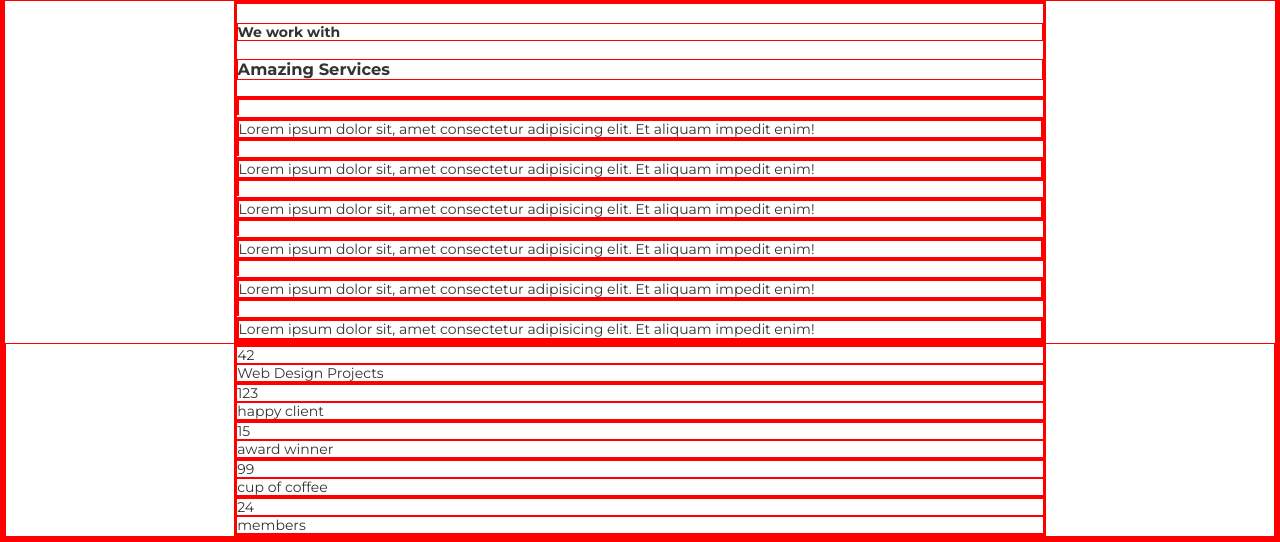
Repository: nataliiasaltan/Homework
Page: index.html
An editor plug-in stored every save of this project. The page is shown before and after the next save, followed by the edit.
The browser window is 1280 px wide. The pictures show the part of the page from y = 901 to 1443 px (the page is 1443 px tall).

Above is the page before, as saved 2020-02-27 08:05:50.

### index.html
<!DOCTYPE html>
<html lang="en">
    <head>
        <meta charset="UTF-8">
        <meta name="viewport" content="width=device-width, initial-scale=1.0">
        <link rel="stylesheet"
            href="https://necolas.github.io/normalize.css/8.0.1/normalize.css">
        <link
            href="https://fonts.googleapis.com/css?family=Kaushan+Script|Montserrat:400,700|Roboto:400,400i&display=swap"
            rel="stylesheet">
        <link rel="stylesheet" href="css/icomoon.css">
        <link rel="stylesheet" href="css/style.css">
        <title>Mogo</title>
    </head>
    <body>
        <div class="wrapper">
            <header class="header">
                <div class="container">
                    <div class="header__wrapper">
                        <strong class="logo"><a href="home.html" alt="MoGo"></a>MoGo</strong>
                        <div class="header__inner">
                            <nav class="nav">
                                <ul class="nav-list">
                                    <li><a href="#">About</a></li>
                                    <li><a href="#">service</a></li>
                                    <li><a href="#">work</a></li>
                                    <li><a href="#">blog</a></li>
                                    <li><a href="#">contact</a></li>
                                </ul>
                            </nav>
                            <div class="booking">
                                <a href="#"> <i class="icon-shopping-cart"></i></a>
                                <a href="#"> <i class="icon-search"></i></a>
                            </div>
                        </div>
                    </div>
                </div>
            </header>
            <main>
                <section class="about" style="background-image:
                    url(images/Layer_15.png);">
                    <div class="about__container">
                        <div class="about__inner">
                            <div class="creative">Creative Template</div>
                            <div class="about__title">Welcome <br> to MoGo</div>
                             </div>
                            <div class="holder-btn">
                                <a  class="about__btn" href="#">Learn more</a>

                        </div>
                    </div>
                </section>
                <section class="service">
                    <div class="container">
                        <div class="title-holder">
                        <div class="service__title">
                            <h4>We work with</h4>
                            <h3>Amazing Services</h3>
                        </div>
                    </div>
                        <div class="development__wrapper">
                            <div class="development">
                                <i class="icon-service"></i>
                                <div class="development__inner">
                                    <div class="name"></div>
                                    <div class="description">Lorem ipsum dolor
                                        sit,
                                        amet
                                        consectetur adipisicing elit. Et aliquam
                                        impedit
                                        enim!</div>
                                </div>
                            </div>
                            <div class="development">
                                <i class="icon-service"></i>
                                <div class="development__inner">
                                    <div class="name"></div>
                                    <div class="description">Lorem ipsum dolor
                                        sit,
                                        amet
                                        consectetur adipisicing elit. Et aliquam
                                        impedit
                                        enim!</div>
                                </div>
                            </div>
                            <div class="development__">
                                <i class="icon-service"></i>
                                <div class="development____inner">
                                    <div class="name"></div>
                                    <div class="description">Lorem ipsum dolor
                                        sit,
                                        amet
                                        consectetur adipisicing elit. Et aliquam
                                        impedit
                                        enim!</div>
                                </div>
                            </div>
                            <div class="development">
                                <i class="icon-service"></i>
                                <div class="development__inner">
                                    <div class="name"></div>
                                    <div class="description">Lorem ipsum dolor
                                        sit,
                                        amet
                                        consectetur adipisicing elit. Et aliquam
                                        impedit
                                        enim!</div>
                                </div>
                            </div>
                            <div class="development">
                                <i class="icon-service"></i>
                                <div class="development__inner">
                                    <div class="name"></div>
                                    <div class="description">Lorem ipsum dolor
                                        sit,
                                        amet
                                        consectetur adipisicing elit. Et aliquam
                                        impedit
                                        enim!</div>
                                </div>
                            </div>
                            <div class="development">
                                <i class="icon-service"></i>
                                <div class="development__inner">
                                    <div class="name"></div>
                                    <div class="description">Lorem ipsum dolor
                                        sit,
                                        amet
                                        consectetur adipisicing elit. Et aliquam
                                        impedit
                                        enim!</div>
                                </div>
                            </div>
                        </div>
                    </div>

                    <div class="result">
                        <div class="container">
                            <div class="result__inner">
                                <div class="namber">42</div>
                                <div class="signature">Web Design Projects</div>
                            </div>
                            <div class="result__inner">
                                <div class="namber">123</div>
                                <div class="signature">happy client</div>
                            </div>
                            <div class="result__inner">
                                <div class="namber">15</div>
                                <div class="signature">award winner</div>
                            </div>
                            <div class="result__inner">
                                <div class="namber">99</div>
                                <div class="signature">cup of coffee</div>
                            </div>
                            <div class="result__inner">
                                <div class="namber">24</div>
                                <div class="signature">members</div>
                            </div>
                        </div>
                    </div>
                </section>
            </main>
        </div>

    </body>
</html>

### css/icomoon.css
@font-face {
  font-family: 'icomoon';
  src:  url('../fonts/icomoon.eot?p5lq4w');
  src:  url('../fonts/icomoon.eot?p5lq4w#iefix') format('embedded-opentype'),
    url('../fonts/icomoon.ttf?p5lq4w') format('truetype'),
    url('../fonts/icomoon.woff?p5lq4w') format('woff'),
    url('../fonts/icomoon.svg?p5lq4w#icomoon') format('svg');
  font-weight: normal;
  font-style: normal;
  font-display: block;
}

[class^="icon-"], [class*=" icon-"] {
  /* use !important to prevent issues with browser extensions that change fonts */
  font-family: 'icomoon' !important;
  speak: none;
  font-style: normal;
  font-weight: normal;
  font-variant: normal;
  text-transform: none;
  line-height: 1;

  /* Better Font Rendering =========== */
  -webkit-font-smoothing: antialiased;
  -moz-osx-font-smoothing: grayscale;
}

.icon-search:before {
  content: "\f002";
}
.icon-align-justify:before {
  content: "\f039";
}
.icon-eye:before {
  content: "\f06e";
}
.icon-shopping-cart:before {
  content: "\f07a";
}
.icon-twitter:before {
  content: "\f099";
}
.icon-facebook:before {
  content: "\f09a";
}
.icon-facebook-f:before {
  content: "\f09a";
}
.icon-google-plus:before {
  content: "\f0d5";
}
.icon-youtube-play:before {
  content: "\f16a";
}
.icon-instagram:before {
  content: "\f16d";
}
.icon-tumblr:before {
  content: "\f173";
}
.icon-dribbble:before {
  content: "\f17d";
}
.icon-file-image-o:before {
  content: "\f1c5";
}
.icon-file-photo-o:before {
  content: "\f1c5";
}
.icon-file-picture-o:before {
  content: "\f1c5";
}
.icon-copyright:before {
  content: "\f1f9";
}
.icon-pinterest-p:before {
  content: "\f231";
}
.icon-commenting:before {
  content: "\f27a";
}

### css/style.css
*,
::after,
::before{
    box-sizing: border-box;
    border: 1px solid red;
}

body{
    font-family: 'Montserrat', sans-serif;
    font-size: 14px;
    font-weight: 400;
    color: #333333;
    margin: 0;
}

img{
    display: inline-block;
    max-width: 100%;
    vertical-align: top;
}

a{
    text-decoration: none;
    display: inline;
    cursor: pointer;
}

p{
    margin: 0;
}

header{
    position: absolute;
    z-index: 10;
    left: 0;
    right: 0;
    top: 0;
    bottom: 0;
}


.container{
    max-width: 64%;
    margin: 0 auto;
}

.header__wrapper{
    margin-top: 30px;
}

.header__wrapper{
    display: flex;
    justify-content: space-between;
    text-align: center;
}

.header__inner{
    display: flex;
    justify-content: space-between;
}

.logo{
    align-self: center;
    font-size: 30px;
    font-weight: 700;
    color: #ffffff;
    cursor: pointer;
}

.nav-list{
    display: flex;
    justify-content: center;
    align-items: center;
    list-style: none;
    padding: 0;
}

.nav-list a{
   color: #ffffff;
   padding: 12px 25px;
   border-bottom: 1px solid transparent;
   text-transform: uppercase;
}

.nav-list a:hover{
    color: #fce38a;
    border-bottom: 1px solid #fce38a;
}

.booking{
    align-self: center;
}

.icon-shopping-cart,
.icon-search{
    padding: 0 20px;
    color: #ffffff;
}

.about{
    position: relative;
    min-height: 100vh;
    background-size: cover;
    background-position: center;
    width: 100%;
    padding: 170px 0;
    display: flex;
    justify-content: space-between;
}

.about:after{
    position: absolute;
    content: "";
    top: 0;
    left: 0;
    bottom: 0;
    right: 0;
    /* background: linear-gradient(to top, rgba(252, 227, 138, 0.9)0%, rgba(243, 129, 129, 0.9) 100%); */
}

.about__container{
    min-width: 43%;
    margin: 0 auto;
    padding-bottom: 25px;
}

.about__inner{
    margin-bottom: 100px;
    position: relative;
}

.about__inner::after{
    position: absolute;
    content: "";
    width: 100%;
    max-width: 60px;
    height: 3px;
    background-color: #fff;
    top: 110%;
    left: 47%;
}
.creative{
    color: #ffffff;
    font-family: "Kaushan Script";
    font-size: 72px;
    text-align: center;
    margin-bottom: 42px;
}

.about__title{
    color: #ffffff;
    font-size: 150px;
    font-weight: 700;
    line-height: 0.93;
    text-transform: uppercase;
    text-align: center;
}

.holder-btn{
    max-width: 20%;
    margin: 0 auto;
}

.about__btn{
    color: #ffffff;
    font-weight: 700;
    text-transform: uppercase;
    padding: 15px 32px;
    border: 1px solid #ffffff;
    cursor: pointer;
}

.title-holder{

}

After the next save:
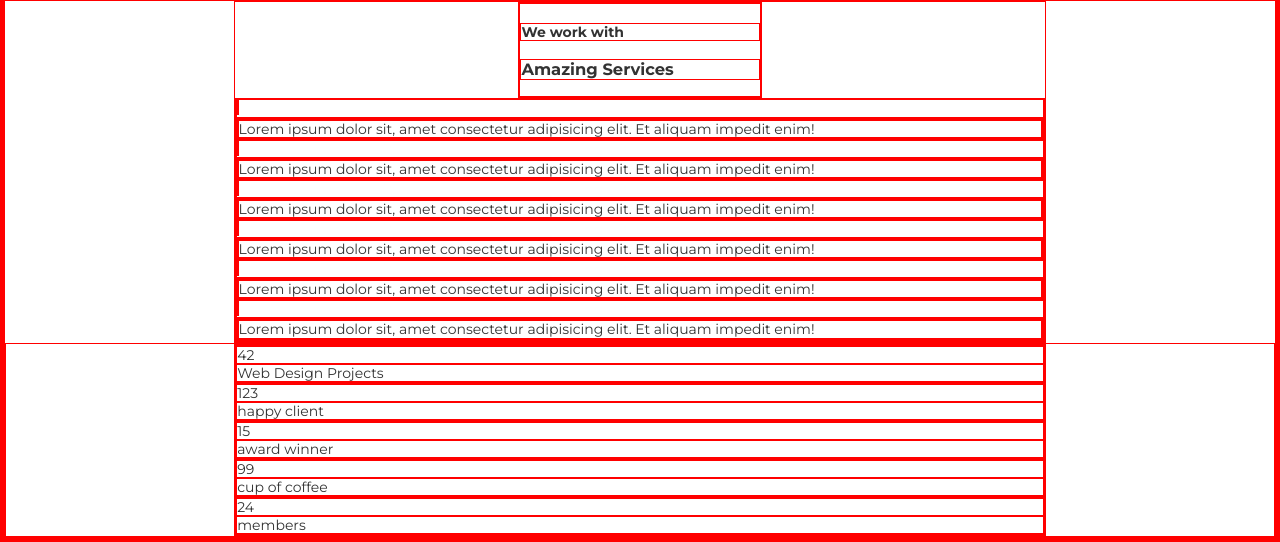
Saved 5 min 40 s later.
--- a/css/style.css
+++ b/css/style.css
@@ -171,5 +171,19 @@ header{
 }
 
 .title-holder{
+    max-width: 30%;
+    margin: 0 auto;
+    position: relative;
+}
+
+.title-holder::after{
+    position: absolute;
+    content: "";
+    width: 100%;
+    max-width: 60px;
+    height: 3px;
+    color: red;
 
 }
+
+.
